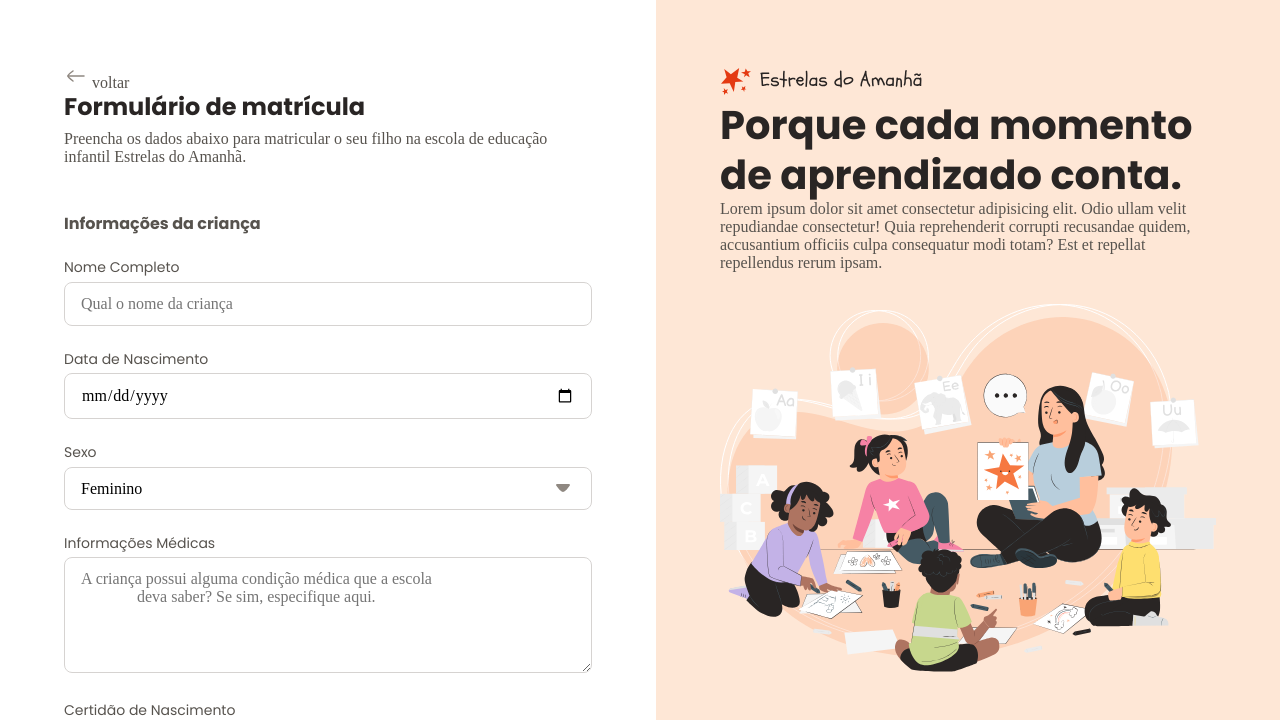
Repository: JeffRodFer/Formulario_de_Matriculas
Page: index.html
These files come from the project's save history. The page is drawn as it stood at one moment and after the next save; the edit follows.
The browser window is 1280 px wide. The pictures show the whole page.
Pictures or frames that could not be fetched are drawn as grey boxes. An inner scrolling area shows only its first screen.

Above is the page before, as saved 2025-05-21 21:50:33.

### index.html
<!DOCTYPE html>
<html lang="pt-br">
<head>

  <link rel="preconnect" href="https://fonts.googleapis.com">
  <link rel="preconnect" href="https://fonts.gstatic.com" crossorigin>

  <meta charset="UTF-8">
  <meta name="viewport" content="width=device-width, initial-scale=1.0">
  <title>Estrelas do Amanhã</title>

  <link rel="stylesheet" href="styles/index.css">
  <link href="https://fonts.googleapis.com/css2?family=Archivo:ital,wght@0,100..900;1,100..900&family=Bree+Serif&family=Poppins:wght@400;700&display=swap" rel="stylesheet">
</head>
<body>
  <div id="app">
    <main>
      <div class="main-container">
        <div>
          <img src="assets/icons/arrow-left-02.svg" alt="Seta para voltar">
          <span>voltar</span>
        </div>
        <h1>Formulário de matrícula</h1>
        <p>Preencha os dados abaixo para matricular o seu filho na escola de educação infantil Estrelas do Amanhã.</p>

        <form method="post" enctype="multipart/form-data">
          <fieldset class="child-info">
            <legend>Informações da criança</legend>

            <div class="input-wrapper">
              <label for="fullname">Nome Completo</label>
              <input id="fullname" name="fullname" type="text" placeholder="Qual o nome da criança">
            </div>
            <div>
              <label for="birth">Data de Nascimento</label>
              <input type="date" id="birth" name="birth" lang="pt-BR">
            </div>

            <div class="select-wrapper">
              <label for="gender">Sexo</label>
              <select name="gender" id="gender">
                <option value="female">Feminino</option>
                <option value="male">Masculino</option>
                <option value="na">Prefiro não responder</option>
              </select>
            </div>

            <div  class="textarea-wrapper">
              <label for="medical-info">Informações Médicas</label>
              <textarea name="medical-info" id="medical-info" cols="30" rows="5"
              placeholder="A criança possui alguma condição médica que a escola
              deva saber? Se sim, especifique aqui."></textarea>
            </div>

            <div class="droparea-wrapper">

              <label for="birth-file">Certidão de Nascimento</label>

              <div class="dropzone">
              <input type="file" id="birth-file" name="birth-file">
              <img src="assets/icons/cloud-upload.svg" alt="">

              <p>
                Clique aqui para <br>
                selecionar os arquivos
              </p>
              </div>

            </div>

          </fieldset>
        </form>

      </div>
    </main>

    <aside>
      <div class="aside-container">
        <header>
          <img src="assets/icons/logo.svg" alt="Logo estrelas do amanhã">
          <h2>Porque cada momento de
          <span> aprendizado </span>
          conta.</h2>
          <p>Lorem ipsum dolor sit amet consectetur adipisicing elit. Odio ullam velit repudiandae consectetur! Quia reprehenderit corrupti recusandae quidem, accusantium officiis culpa consequatur modi totam? Est et repellat repellendus rerum ipsam.</p>
        </header>
        <img src="assets/Illustration.svg" alt="Ilustração de uma professora com seus alunos">

      </div>
    </aside>

  </div>

</body>
</html>

### styles/global.css
* {
  margin: 0;
  padding: 0;
  box-sizing: border-box;
}

:root {
  --font-family: "Poppins", sans-serife;
  --text: 4001rem/1.5 var(--not-fsmily);
  --text-sm: 400 .875rem/1.4 var(--font-family);


  --text-primary: #292524;
  --text-secondary: #57534e;
  --text-tertiary: #8f8801;
  --text0-height: #e43a12;

  --surface-primary: #ffffff;
  --surface-secondary: #fee7d6;

  --stroke-default: #d6d3d1;
  --stroke-hightlight: #f3541c;
  --semantics-error:#dc2626;
}

body {
  overflow: hidden;

  font: var(--text);
  color: var(--text-secondary);
}

h1, h2 {
  color: var(--text-primary);
}

img {
  max-width: 100%;
  height: auto;
}

### styles/layout.css
#app {
  display: grid;
  grid-template-columns: 51.25% 48.75%;

  height: 100vh;
  overflow: hidden;
}

main {
  overflow: auto;
  padding: 4rem;

  & .main-container{
    max-width: 33rem;
    margin-left: auto;
  }

  & .back {
    display: flex;
    align-items: center;
    gap: .5rem;
    margin-bottom: 1.5rem;
  }

  & h1 {
    font: 600 1.5rem/1.25 var(--font-family);
    margin-bottom: .5rem;
  }

}
aside {
  background-color: var(--surface-secondary);
  padding: 4rem;

  & .aside-container {
    max-width: 31rem;

    & > img {
      margin-top: 2rem;
    }

  }

  & h2 {
    font: 600 2.5rem/1.25 var(--font-family);

    & span {
      color: var(--text-hightlight);
    }
  }

}

### styles/forms.css
@import url(fields/index.css);

form {
  margin-top: 3rem;
}

fieldset {
  border: none;

  display: grid;
  gap: 1.5rem;
}

legend {
  font: 600 1rem/1.25 var(--font-family);
  margin-bottom: 1.5rem;
}

### styles/fields/index.css
@import url(droparea.css);

input, textarea, select {
  appearance: none;
  width: 100%;
  border-radius: .5rem;
  border: 1px solid var(--stroke-default);

  padding: .75rem 1rem;

  font: var(--text);
}

label {
  font: var(--text-sm);
  color: var(--text-secondary);

  display: block;
  margin-bottom: .25rem;
}

input:focus,
select:focus,
textarea:focus,
 {
  outline: .25rem solid var(--surface-secondary);
  border: .125rem solid var(--stroke-highlight);
  outline-offset: .1px;
}

select {
  background: url(../../assets/icons/arrow-down-01.svg)
  no-repeat calc(100% -  1rem);
}
input[type="date"] {
  position: relative;

  &::-webkit-calendar-picker-indicator {
    opacity: 20;

  }

&::before {
  content: "";
  position: absolute;
  background: url(../../assets/calendar-03.sgv)
  center/contain;
  right: 1rem;
}

}

### styles/fields/droparea.css
.dropzone {
  border: 1px dashed var(--stroke-default);
  border-radius: .25rem;

  display: grid;
  justify-items: center;
  gap: .5rem;

  text-align: center;
  padding: 1.75rem 1rem;

  position: relative;
  & input {
    position: absolute;
    width: 100%;
    height: 100%;
    inset: 0;
    opacity: 0;
  }

  & p {
    color: #a8a29e;
  }

  &:hover &:has(input:focus) {
    border-width: 2px;
    border-color: var(--stroke-hightlight);
    background-color: var(--surface-secondary);
    color: var(--text-tertiary);
  }
}

Loaded but not shown: styles/index.css (common file)

After the next save:
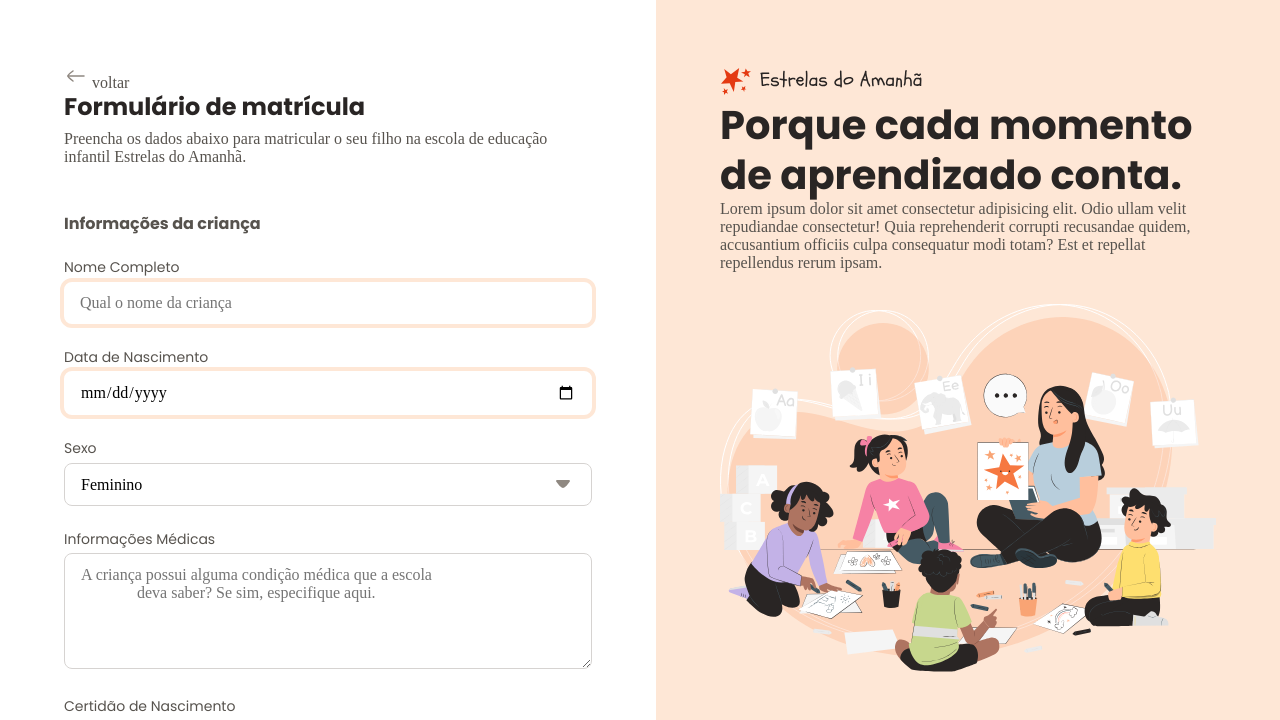
Saved 5 s later.
--- a/styles/fields/index.css
+++ b/styles/fields/index.css
@@ -22,7 +22,7 @@
 input:focus,
 select:focus,
 textarea:focus,
- {
+input {
   outline: .25rem solid var(--surface-secondary);
   border: .125rem solid var(--stroke-highlight);
   outline-offset: .1px;

After the save that followed:
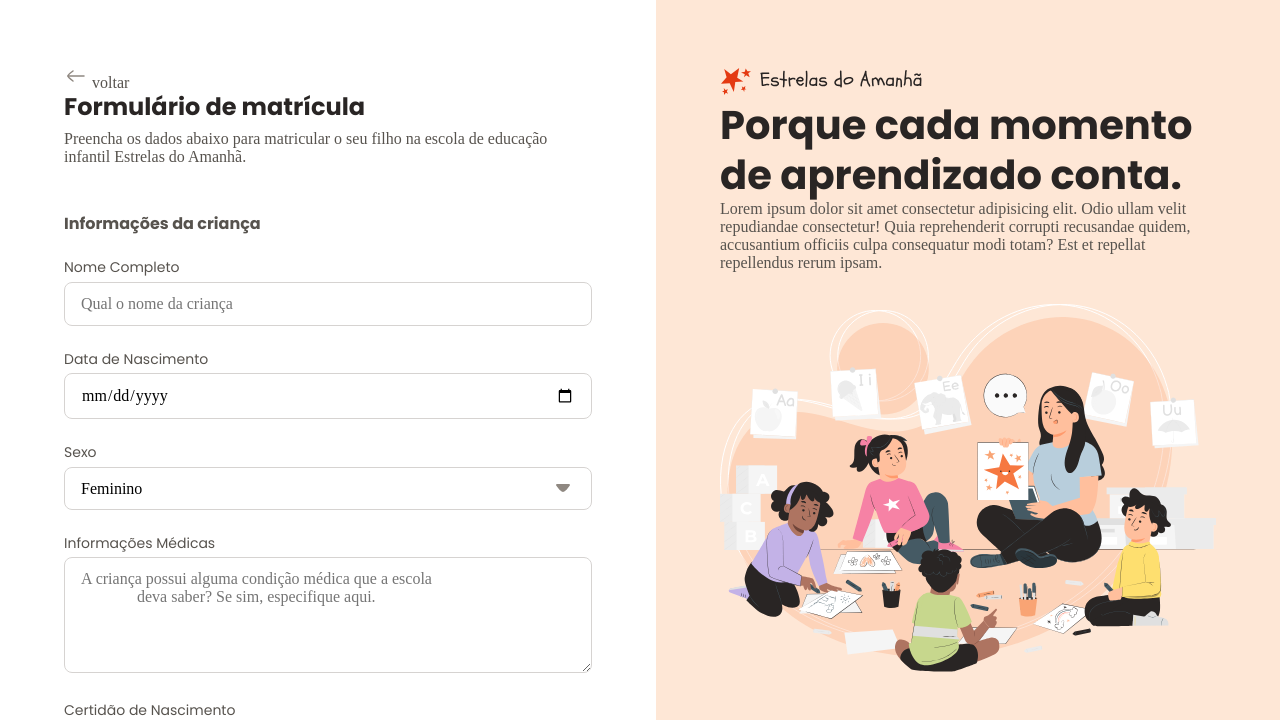
Saved 5 s later.
--- a/styles/fields/index.css
+++ b/styles/fields/index.css
@@ -22,7 +22,7 @@
 input:focus,
 select:focus,
 textarea:focus,
-input {
+input[] {
   outline: .25rem solid var(--surface-secondary);
   border: .125rem solid var(--stroke-highlight);
   outline-offset: .1px;
